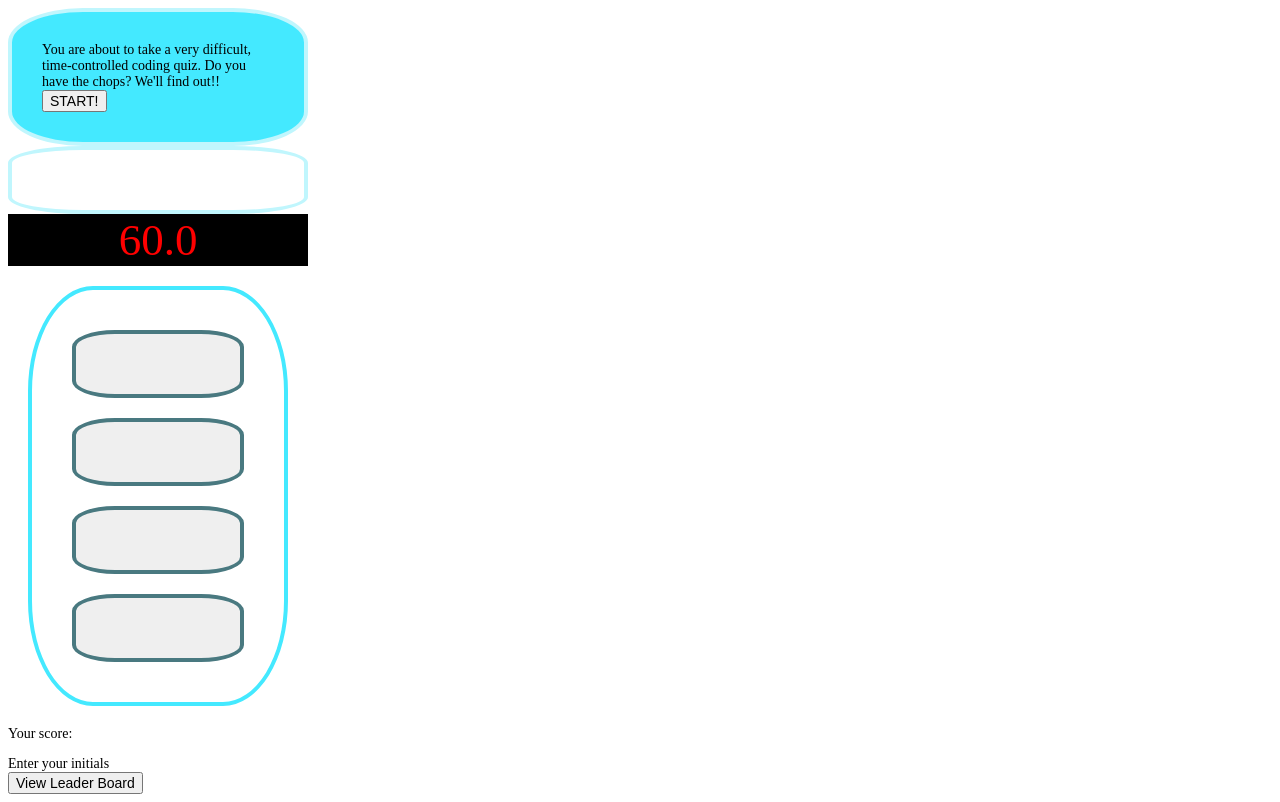
Repository: stuart-rickard/coding-quiz
Page: index.html
These files come from the project's save history. The page is drawn as it stood at one moment and after the next save; the edit follows.
The browser window is 1280 px wide. The pictures show the whole page.

Above is the page before, as saved 2021-11-23 03:27:31.
Console error: SyntaxError: missing ) after argument list

After the next save:
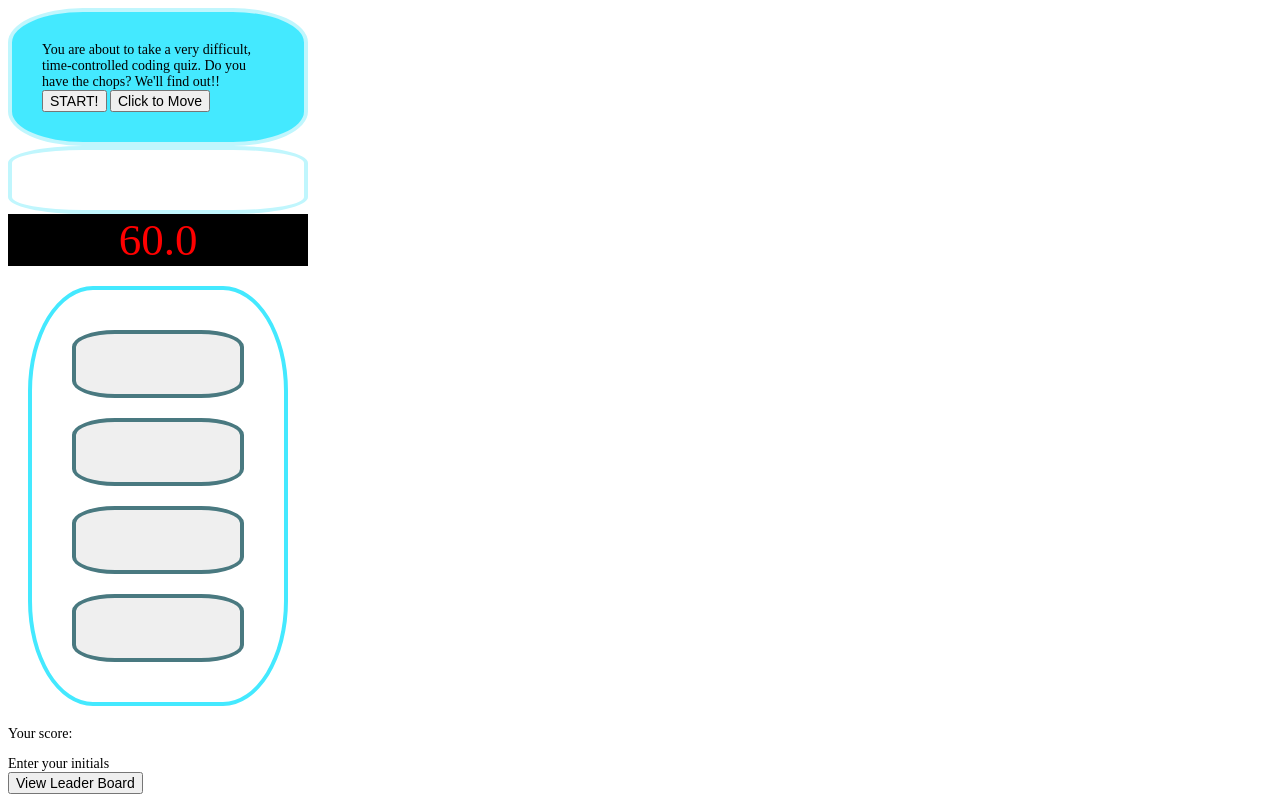
Saved 31 s later.
--- a/index.html
+++ b/index.html
@@ -14,6 +14,7 @@
     <div class="start">
       You are about to take a very difficult, time-controlled coding quiz.  Do you have the chops?  We'll find out!!
       <button id="starter-button">START!</button>
+      <button id="step">Click to Move</button>
     </div>
     <div class="div-question-answerform">
       <div class="question">

After the 4 saves that followed:
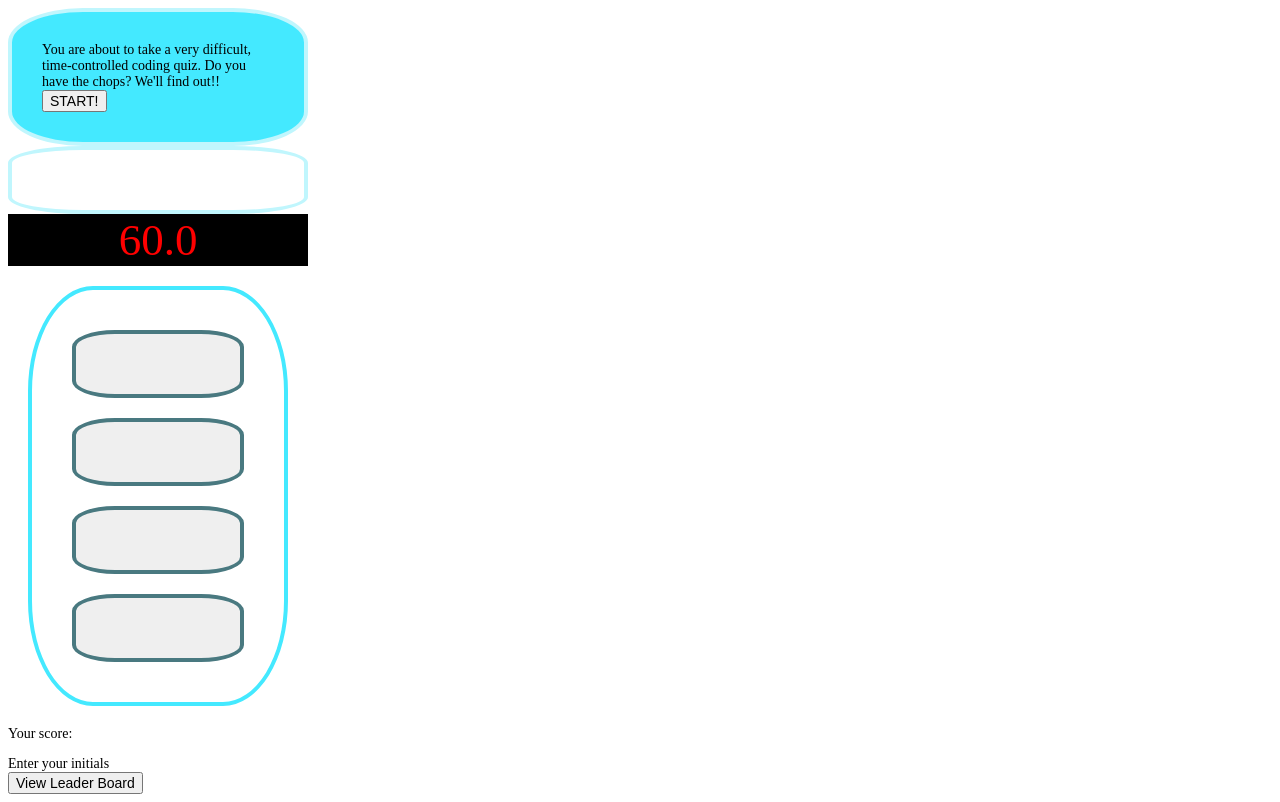
The error is gone.
The 4 saves are shown as one change because 3 left the picture as it was.
The last was saved 7 min 59 s later.
--- a/index.html
+++ b/index.html
@@ -14,7 +14,6 @@
     <div class="start">
       You are about to take a very difficult, time-controlled coding quiz.  Do you have the chops?  We'll find out!!
       <button id="starter-button">START!</button>
-      <button id="step">Click to Move</button>
     </div>
     <div class="div-question-answerform">
       <div class="question">
--- a/assets/js/script.js
+++ b/assets/js/script.js
@@ -1,5 +1,5 @@
 debugger;
-//var startButton = document.getElementById('starter-button');
+var startButton = document.getElementById('starter-button');
 const initialTime = 5.0;
 var timer = initialTime;
 
@@ -42,10 +42,12 @@
 
 //Listen for start button: start upon click
 console.log("click worked here");
-//startButton.addEventListener("click", console.log("click worked there"));
-document.getElementById("step").addEventListener("click", function(){
-    console.log("logged due to click");
-};
+startButton.addEventListener("click", function(){
+    console.log("click worked there")
+});
+// document.getElementById("step").addEventListener("click", function(){
+//     console.log("logged due to click");
+//});
 
 /*
     begin asking questions
